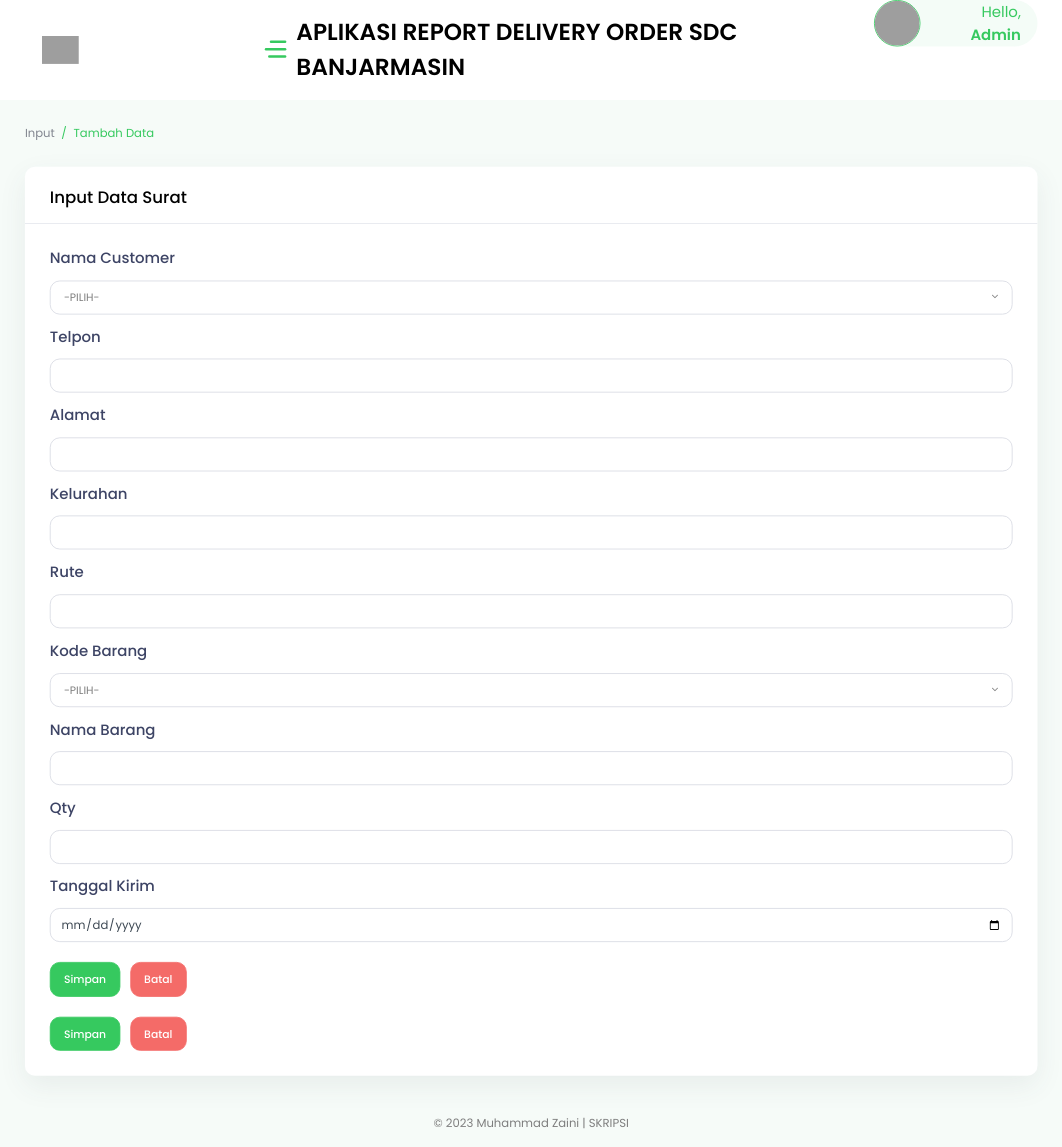
Repository: muhammadzainiy31/skripsi
Page: http://localhost/surat/input.php
The author's editor kept a copy of each file at every save. The page is drawn from the files as they stood at one save, then again after a run of saves.
The browser window is 1280 px wide. The pictures show the whole page, at 83% of full size.
Pictures or frames that could not be fetched are drawn as grey boxes. The page is run by PHP 8.4 with error messages shown; the project is at /var/www/html/. The database holds what the project's SQL file puts in it.

Above is the page before, as saved 2023-07-02 10:25:29.

After the next 2 saves:
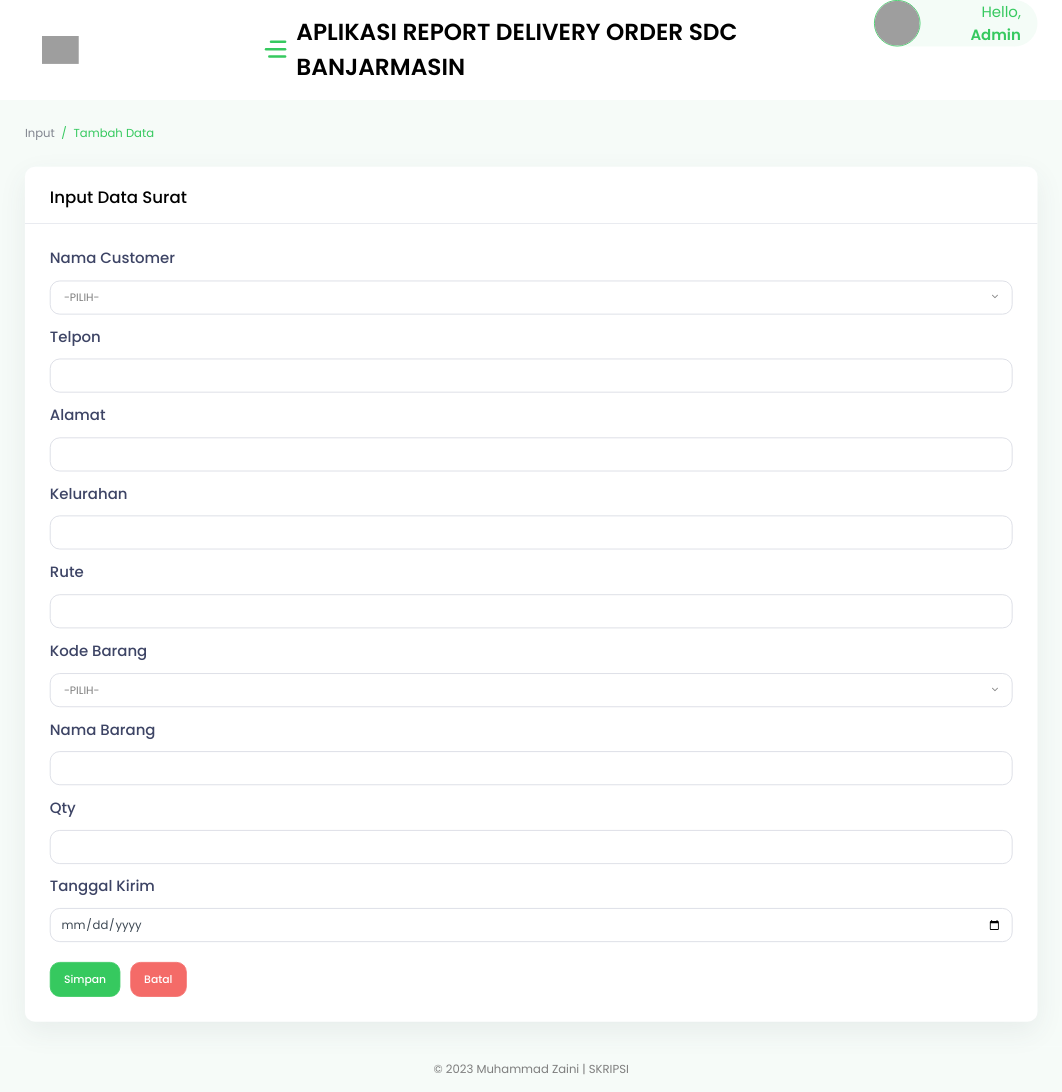
The 2 saves are shown as one change because they came seconds apart.
The last was saved 28 s later.
--- a/surat/input.php
+++ b/surat/input.php
@@ -150,11 +150,6 @@
         <input type="date" class="form-control input-default" name="tanggal_kirim" placeholder="Masukkan Tanggal Kirim">
     </div>
 
-    <div class="mt-4"></div>
-    <button class="btn btn-primary mr-2" name="simpan_kedua">Simpan</button>
-    <a href="index.php" class="btn btn-danger">Batal</a>
-</form>
-
                                         <div class="mt-4"></div>
                                         <button class="btn btn-primary mr-2" name="simpan">Simpan</button>
                                         <a href="index.php" class="btn btn-danger">Batal</a>
